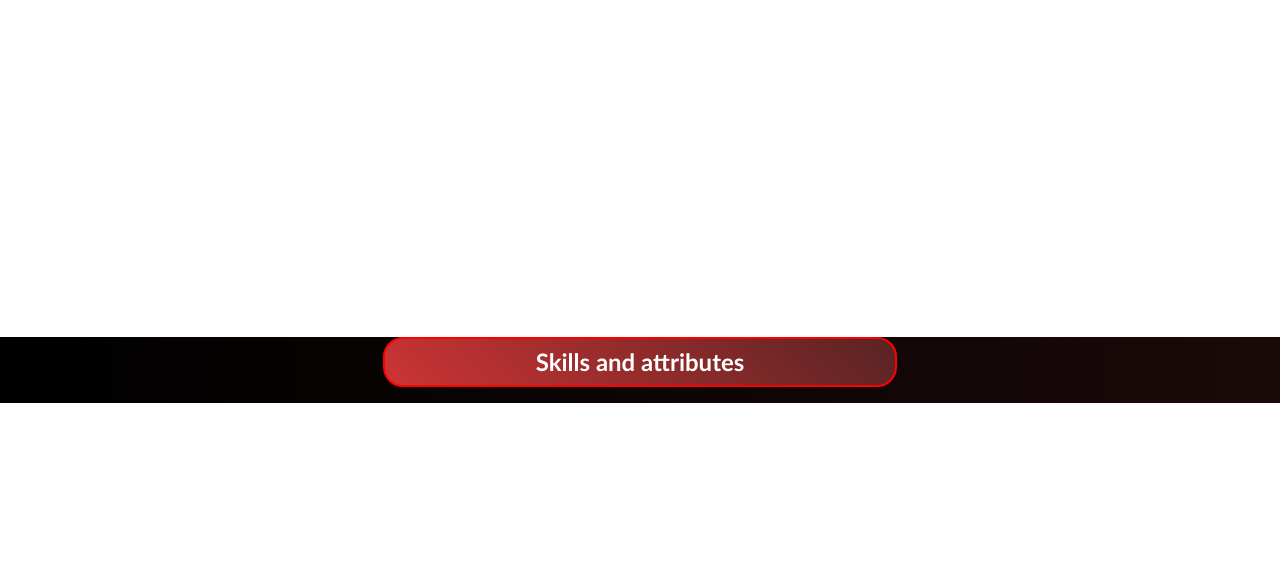
Repository: TMuse333/resume1
Page: /
These files come from the project's save history. The page is drawn as it stood at one moment and after a run of saves; the edit follows.
The browser window is 1280 px wide. The pictures show the whole page.
The project was rebuilt for these pictures with package versions that can differ from the ones it lists, and the page was loaded fresh each time. Also part of the build but not shown: vite.config.js, src/components/navbar.jsx, src/components/about.jsx, src/components/contact.jsx, src/components/footer.jsx, src/components/experience.jsx, src/components/carousel.jsx, src/components/experienceCarousel.jsx and 4 more. Imported but missing from the stored project, and not drawn on this page: src/images/best_dunk.mp4.

Above is the page before, as saved 2023-10-18 14:56:23.

After the next 2 saves:
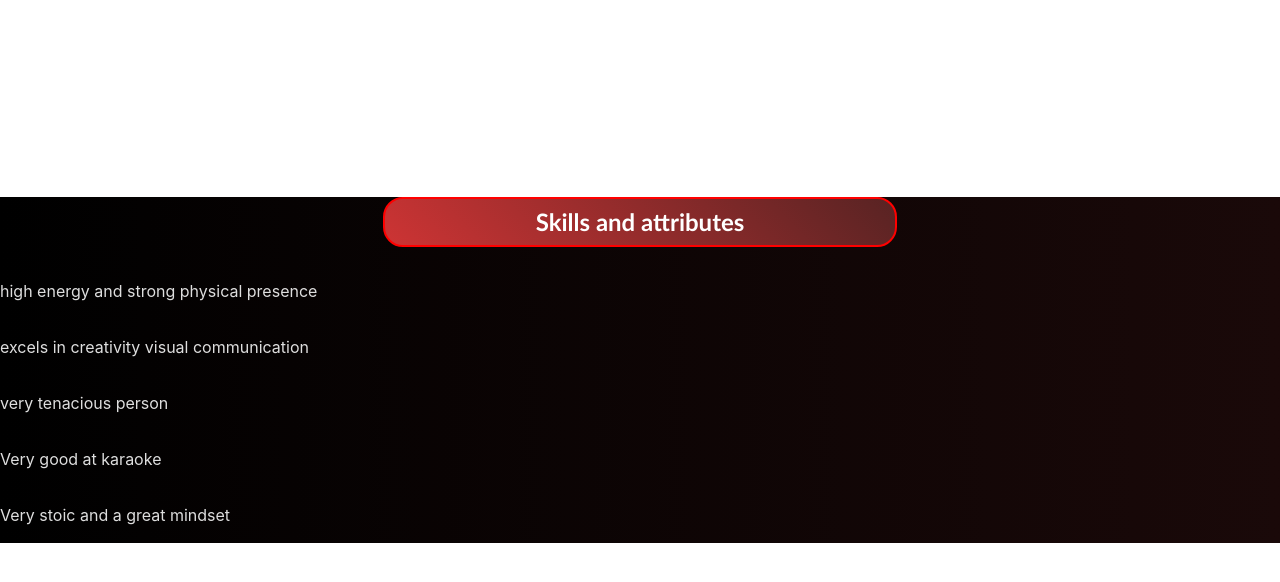
The 2 saves are shown as one change because 1 did not build or start.
The last was saved 11 s later.
--- a/src/components/skills.jsx
+++ b/src/components/skills.jsx
@@ -107,7 +107,7 @@ const Skills = () => {
       <div className="skills-container ">
         {attributes.map((skill, index) => (
          <div>
-
+          <p>{skill.name}</p>
          </div>
         ))}
       </div>
